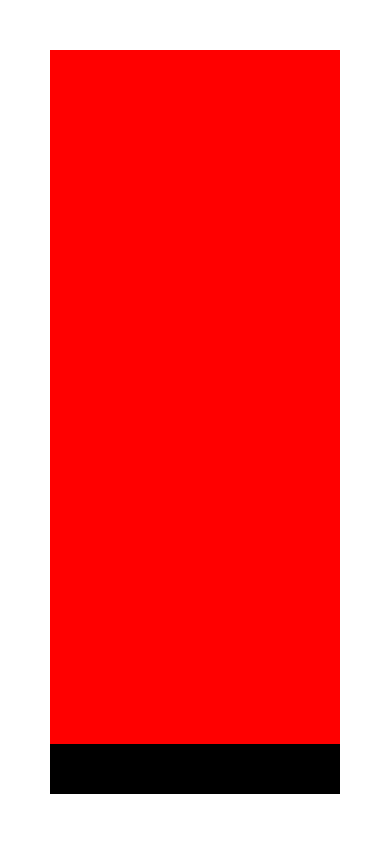
Repository: akinmiday/ReactNativeApp
Screen: /
These files come from the project's save history. The screen is drawn as it stood at one moment and after the next save; the edit follows.
The app was drawn by React Native's web renderer in a window 390 px wide. The project was rebuilt for these pictures with package versions that can differ from the ones it lists, and the page was loaded fresh each time.

Above is the screen before, as saved 2023-08-06 16:05:55.

### App.js
import { View, Text } from "react-native";
import styles from "./styles";
import { useState } from "react";

export default function App() {
  const { container } = styles;

  return (
    <View style={container}>
      <Text></Text>
    </View>
  );
}

### styles.js
import { StyleSheet } from "react-native";

const styles = StyleSheet.create({
  container: {
    backgroundColor: "red",
    flex: 1,
    padding: 20,
    margin: 50,
    borderBottomWidth: 50,
  },
  input: {
    backgroundColor: "pink",
    marginTop: 20,
    padding: 20,
    marginTop: 20,
    marginBottom: 20,
  },
  text: {
    color: "red",
    fontSize: 20,
    fontFamily: "Arial",
    fontStyle: "italic",
    fontWeight: "normal",
    letterSpacing: 1,
    textAlign: "auto",
    textDecorationLine: "underline",
    textDecorationColor: "green",
    textTransform: "lowercase",
  },
  button: {
    backgroundColor: "yellow",
    padding: 15,
    alignItems: "center",
    width: "50%",
    alignSelf: "center",
    borderWidth: 5,
    borderColor: "green",
    marginTop: 20,
  },
  item: {
    backgroundColor: "yellow",
    padding: 20,
    marginVertical: 5,
  },
  header: {
    fontSize: 15,
  },
  title: {
    fontSize: 10,
  },
});

export default styles;

After the next save:
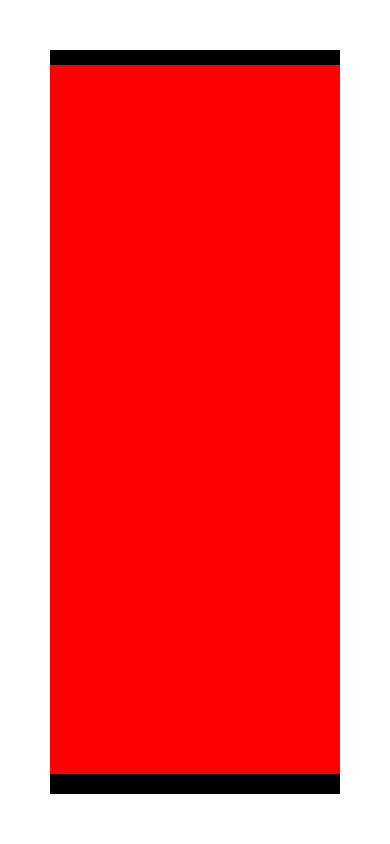
Saved 52 s later.
--- a/styles.js
+++ b/styles.js
@@ -6,7 +6,8 @@ const styles = StyleSheet.create({
     flex: 1,
     padding: 20,
     margin: 50,
-    borderBottomWidth: 50,
+    borderBottomWidth: 20,
+    borderTopWidth: 15,
   },
   input: {
     backgroundColor: "pink",
